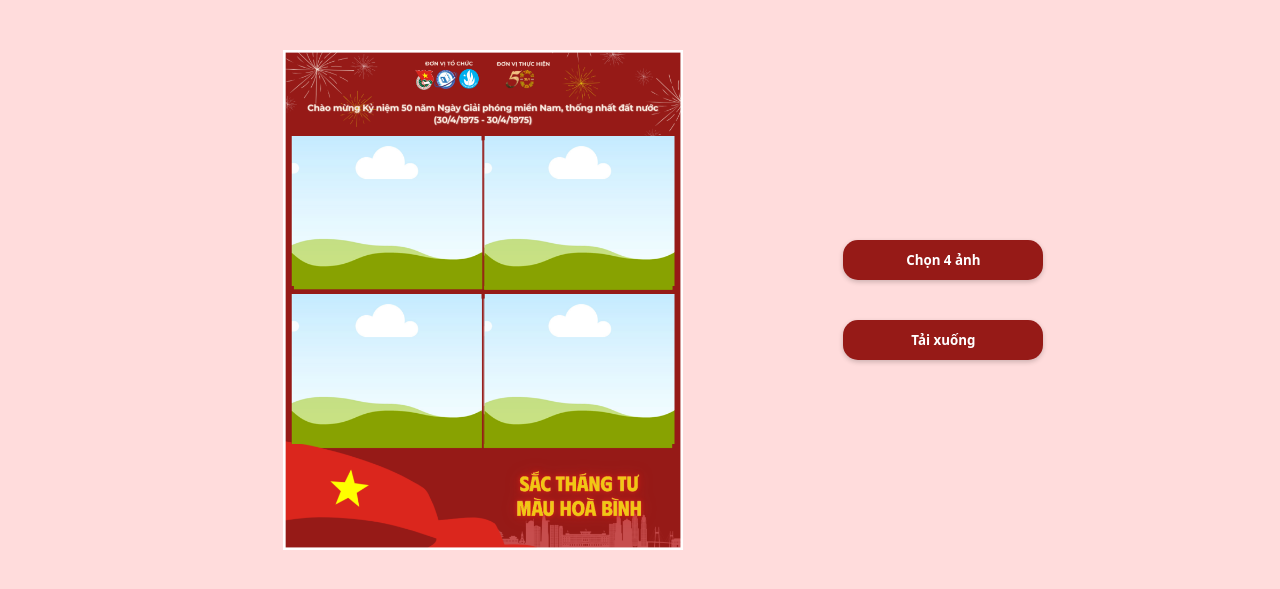
Repository: nguyentambinh/tuoitretdmu
Page: http://localhost/
The author's editor kept a copy of each file at every save. The page is drawn from the files as they stood at one save, then again after the next save.
The browser window is 1280 px wide. The pictures show the whole page.
The page is run by PHP 8.4 with error messages shown; the project is at /var/www/html/.

Above is the page before, as saved 2025-04-10 15:29:46.

### index.php
<!DOCTYPE html>
<html lang="en">
<head>
    <meta charset="UTF-8">
    <meta name="viewport" content="width=device-width, initial-scale=1.0">
    <link rel="stylesheet" href="main.css">

    <title>Chào mừng Kỷ niệm 50 năm Ngày Giải phóng miền Nam, thống nhất đất nước</title>
</head>
<body>

    <div class = "container-box">
        <div class="background-box">
            <img src="./picture/FRAMEPHOTOBOOTH304.png" class="background-image" alt="frame" />
            <div class="picture-box">
                <img src="/picture/1.png" alt="" class="img-sub">
                <img src="/picture/2.png" alt="" class="img-sub">
                <img src="/picture/3.png" alt="" class="img-sub">
                <img src="/picture/4.png" alt="" class="img-sub">
            </div>
        </div>
        <div class="control-box">
            <button id="btn-add-picture" class=" btn-custom">
                Chọn 4 ảnh
            </button>
            <button id="btn-download" class="btn-custom">Tải xuống</button>
        </div>
    </div>
    <script src="https://cdnjs.cloudflare.com/ajax/libs/html2canvas/1.4.1/html2canvas.min.js"></script>
    <script src="main.js"></script>
</body>
</html>

### main.css
body {
    background-color: #ffdcdc;
    margin: 0;
    padding: 0;
    display: flex;
    justify-content: center;
    margin-top: 50px;
}

.container-box {
    display: grid;
    grid-template-columns: 1fr 0.5fr;
    gap: 20px;
    width: 900px;
    max-width: 100%;
}

/* Thay vì dùng background-image, dùng thẻ <img> để đặt ảnh nền */
.background-box {
    position: relative;
    width: 100%;
    height: 500px;
    display: flex;
    justify-content: center;
    align-items: center;
}

/* Ảnh nền */
.background-box > .background-image {
    width: 100%;
    height: 100%;
    object-fit: contain;
    display: block;
}

/* 4 ảnh con đè lên nền */
.picture-box {
    position: absolute;
    top: 48%;
    left: 50%;
    transform: translate(-50%, -50%);
    display: grid;
    grid-template-columns: 1fr 1fr;
    grid-template-rows: 1fr 1fr;
    gap: 8px 3px;
}


.img-sub {
    width: 190px;
    height: 150px;
    object-fit: cover;
    background-size: contain;
}

.control-box {
    display: flex;
    flex-direction: column;
    align-items: center;
    justify-content: center;
}

.btn-custom {
    background-color: #961A17;
    border-radius: 15px;
    font-weight: bold;
    font-family: system-ui;
    width: 200px;
    height: 40px;
    color: white;
    margin: 20px 0;
    border: none;
    box-shadow: 0 2px 5px rgba(0,0,0,0.2);
    cursor: pointer;
}

@media screen and (max-width: 720px) {
    .container-box {
        grid-template-columns: 1fr;
        grid-template-rows: auto auto;
        width: 100%;
        padding: 0 10px;
        margin: 5px 0;
    }

    .control-box {
        align-items: center;
    }

    .btn-custom {
        width: 300px;
    }
}

### main.js

  document.getElementById("btn-add-picture").addEventListener("click", function () {
    const input = document.createElement("input");
    input.type = "file";
    input.accept = "image/*";
    input.multiple = true;
    input.style.display = "none";
    input.addEventListener("change", function (e) {
      const files = e.target.files;
      const imgElements = document.querySelectorAll(".background-box .img-sub");

      for (let i = 0; i < imgElements.length; i++) {
        if (files[i]) {
          const reader = new FileReader();
          reader.onload = function (event) {
            imgElements[i].src = event.target.result;
          };
          reader.readAsDataURL(files[i]);
        } else {
          imgElements[i].src = "";
        }
      }
    });

    document.body.appendChild(input);
    input.click();
    input.remove();
  });



  document.getElementById("btn-download").addEventListener("click", () => {
    const canvas = document.createElement("canvas");
    const ctx = canvas.getContext("2d");

    // Kích thước ảnh lớn (theo ảnh gốc)
    const canvasWidth = 3000;
    const canvasHeight = 3750;
    canvas.width = canvasWidth;
    canvas.height = canvasHeight;

    const backgroundSrc = './picture/FRAMEPHOTOBOOTH304.png';
    const imgElements = document.querySelectorAll(".img-sub");

    const background = new Image();
    background.src = backgroundSrc;
    background.onload = () => {
      ctx.drawImage(background, 0, 0, canvasWidth, canvasHeight);

      // Tính vị trí tương ứng trong ảnh lớn (tùy bạn đo hoặc điều chỉnh)
      const positions = [
        { x: 870, y: 980 },
        { x: 1590, y: 980 },
        { x: 870, y: 1950 },
        { x: 1590, y: 1950 }
      ];

      let loaded = 0;

      imgElements.forEach((img, index) => {
        const image = new Image();
        image.crossOrigin = "anonymous";
        image.src = img.src;

        image.onload = () => {
          const pos = positions[index];
          ctx.drawImage(image, pos.x, pos.y, 570, 450); // 190x150 tương ứng x3
          loaded++;
          if (loaded === imgElements.length) {
            const link = document.createElement("a");
            link.download = "ChaoMungKyNiem50nam.png";
            link.href = canvas.toDataURL("image/png");
            link.click();
          }
        };
      });
    };
  });

After the next save:
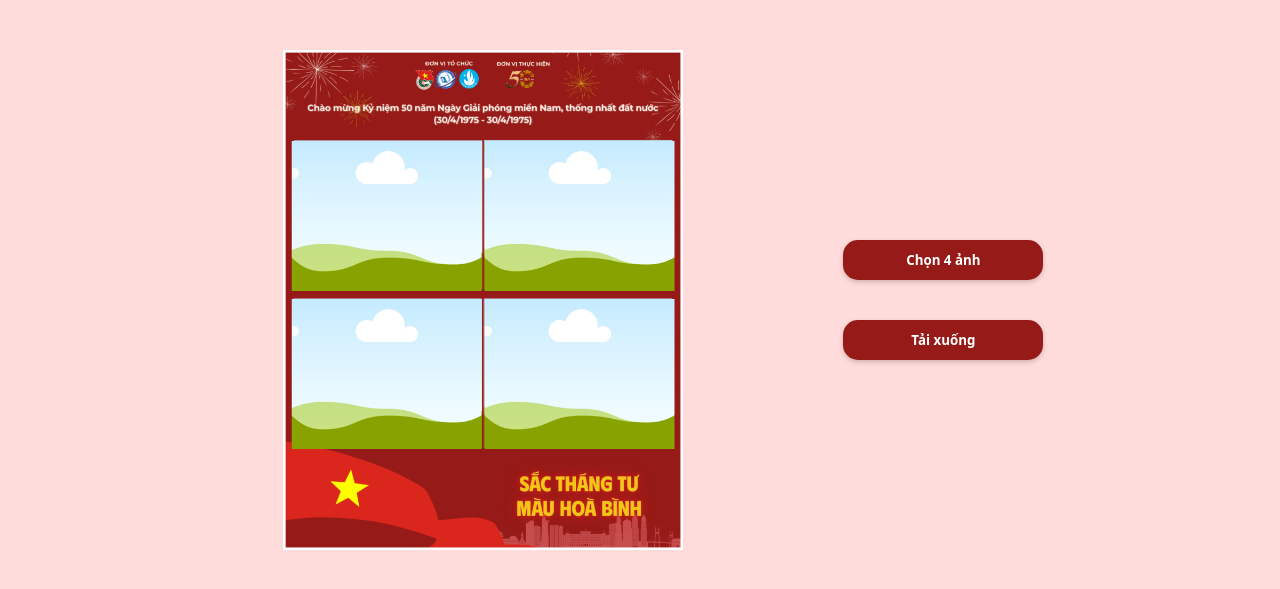
Saved 39 s later.
--- a/main.css
+++ b/main.css
@@ -36,7 +36,7 @@ body {
 /* 4 ảnh con đè lên nền */
 .picture-box {
     position: absolute;
-    top: 48%;
+    top: 49%;
     left: 50%;
     transform: translate(-50%, -50%);
     display: grid;
